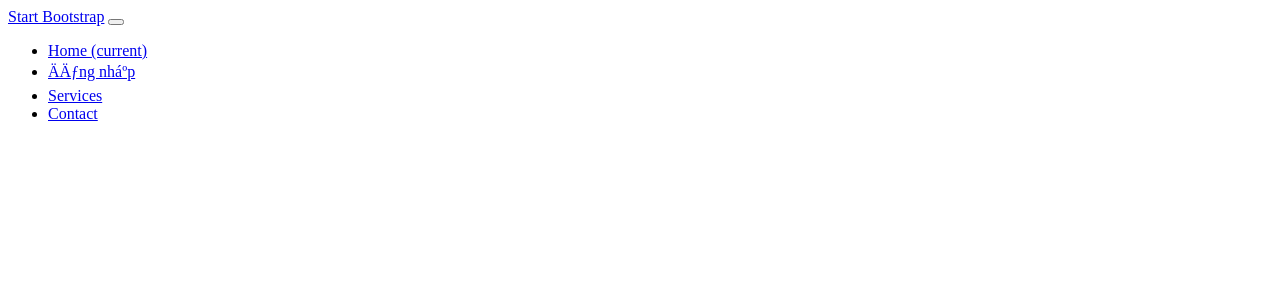
Repository: nhattieu/jsp-servlet-news-1
Page: http://localhost/training-jsp-servlet/common/web/header.jsp
The author's editor kept a copy of each file at every save. The page is drawn from the files as they stood at one save, then again after the next save.
The browser window is 1280 px wide. The pictures show the whole page.
The page is served by Tomcat 9. Nobody is signed in. The application's start-up code is not run. Other server files are loaded and not shown.

Above is the page before, as saved 2020-12-03 12:08:17.

### training-jsp-servlet/src/main/webapp/common/web/header.jsp
<!-- Navigation -->
<nav class="navbar navbar-expand-lg navbar-dark bg-dark fixed-top">
	<div class="container">
		<a class="navbar-brand" href="#">Start Bootstrap</a>
		<button class="navbar-toggler" type="button" data-toggle="collapse"
			data-target="#navbarResponsive" aria-controls="navbarResponsive"
			aria-expanded="false" aria-label="Toggle navigation">
			<span class="navbar-toggler-icon"></span>
		</button>
		<div class="collapse navbar-collapse" id="navbarResponsive">
			<ul class="navbar-nav ml-auto">
				<li class="nav-item active"><a class="nav-link" href="#">Home
						<span class="sr-only">(current)</span>
				</a></li>
				<li class="nav-item"><a class="nav-link" href="<c:url value='/dang-nhap' />">Đăng nhập</a></li>
				<li class="nav-item"><a class="nav-link" href="#">Services</a>
				</li>
				<li class="nav-item"><a class="nav-link" href="#">Contact</a></li>
			</ul>
		</div>
	</div>
</nav>

After the next save:
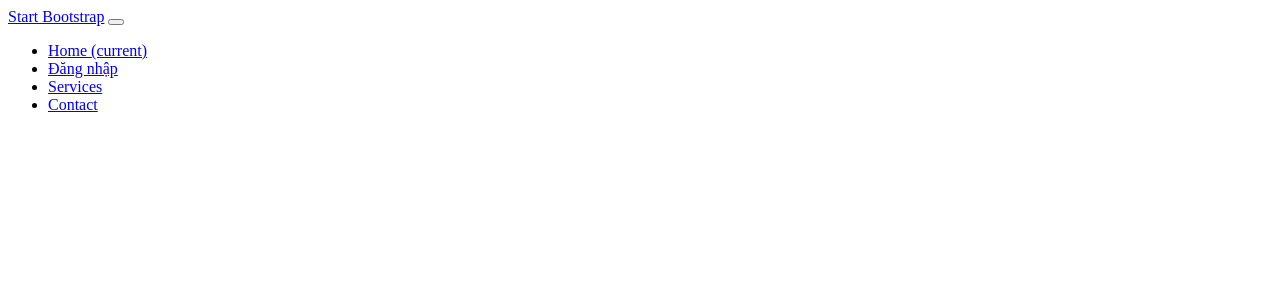
Saved 22 s later.
--- a/training-jsp-servlet/src/main/webapp/common/web/header.jsp
+++ b/training-jsp-servlet/src/main/webapp/common/web/header.jsp
@@ -1,3 +1,5 @@
+<%@ page language="java" contentType="text/html; charset=UTF-8"
+	pageEncoding="UTF-8"%>
 <!-- Navigation -->
 <nav class="navbar navbar-expand-lg navbar-dark bg-dark fixed-top">
 	<div class="container">
